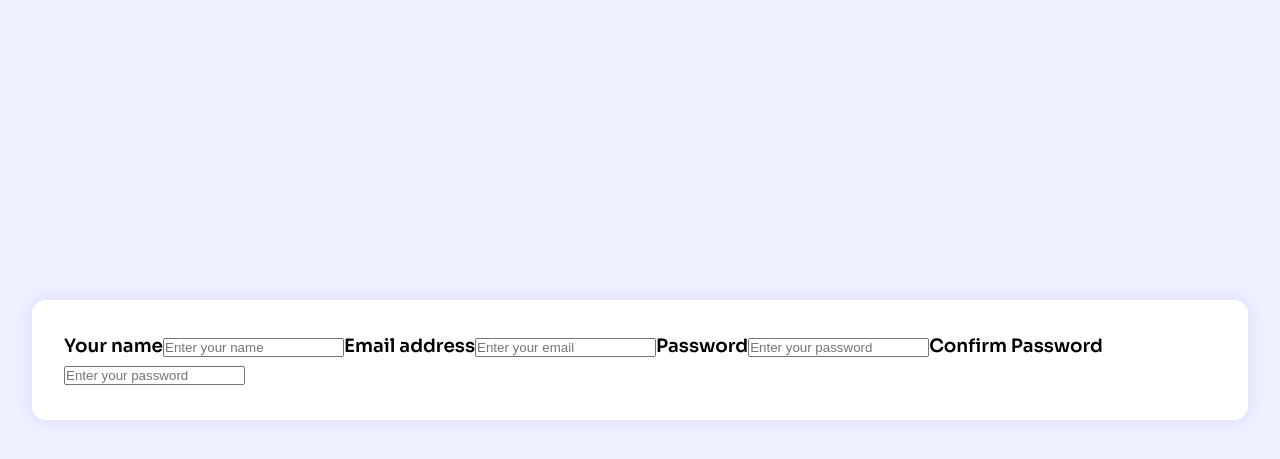
Repository: ducanhaep/react-form-formik-yup
Page: /
The author's editor kept a copy of each file at every save. The page is drawn from the files as they stood at one save, then again after the next save.
The browser window is 1280 px wide. The pictures show the whole page.
The project was rebuilt for these pictures with package versions that can differ from the ones it lists, and the page was loaded fresh each time. Also part of the build but not shown: src/components/signup.css.

Above is the page before, as saved 2022-03-22 13:18:08.

### public/index.html
<!DOCTYPE html>
<html lang="en">

<head>
  <meta charset="utf-8" />
  <link rel="icon" href="%PUBLIC_URL%/favicon.ico" />
  <meta name="viewport" content="width=device-width, initial-scale=1" />
  <meta name="theme-color" content="#000000" />
  <meta name="description" content="Web site created using create-react-app" />
  <link href="https://fonts.googleapis.com/css2?family=Sora:wght@600;700;800&display=swap" rel="stylesheet" />
  <link rel="apple-touch-icon" href="%PUBLIC_URL%/logo192.png" />
  <!--
      manifest.json provides metadata used when your web app is installed on a
      user's mobile device or desktop. See https://developers.google.com/web/fundamentals/web-app-manifest/
    -->
  <link rel="manifest" href="%PUBLIC_URL%/manifest.json" />
  <!--
      Notice the use of %PUBLIC_URL% in the tags above.
      It will be replaced with the URL of the `public` folder during the build.
      Only files inside the `public` folder can be referenced from the HTML.

      Unlike "/favicon.ico" or "favicon.ico", "%PUBLIC_URL%/favicon.ico" will
      work correctly both with client-side routing and a non-root public URL.
      Learn how to configure a non-root public URL by running `npm run build`.
    -->
  <title>React App</title>
</head>

<body>
  <noscript>You need to enable JavaScript to run this app.</noscript>
  <div id="root"></div>
  <!--
      This HTML file is a template.
      If you open it directly in the browser, you will see an empty page.

      You can add webfonts, meta tags, or analytics to this file.
      The build step will place the bundled scripts into the <body> tag.

      To begin the development, run `npm start` or `yarn start`.
      To create a production bundle, use `npm run build` or `yarn build`.
    -->
</body>

</html>

### src/App.js
import "./App.css";
import SignupForm from "./components/SignupForm";

function App() {
  return (
    <div className="App">
      <SignupForm></SignupForm>
    </div>
  );
}

export default App;

### src/App.css
*,
*::before,
*::after {
  box-sizing: border-box;
  padding: 0;
  margin: 0;
}
header {
  font-size: 1.5rem;
  color: rgb(119, 119, 252);
  font-weight: 700;
  text-align: center;
}
body {
  font-family: "Sora", sans-serif;
  display: flex;
  justify-content: center;
  align-items: center;
  min-height: 100vh;
  background-color: rgb(239, 240, 255);
  scroll-behavior: smooth;
  text-rendering: optimizeSpeed;
  line-height: 1.5;
  padding: 1rem 2rem 1rem 2rem;
  font-size: 1.15rem;
}
.App {
  background-color: white;
  padding: 2rem;
  min-width: 500px;
  border-radius: 14px;
  box-shadow: 0px 0px 14px 3px rgb(222, 224, 250);
}

### src/components/SignupForm.jsx
import { useState } from "react";
import "./signup.css";
const SignupForm = () => {
  const [email, setEmail] = useState("");
  const [name, setName] = useState("");
  const [phone, setPhone] = useState("");
  const [password, setPassword] = useState("");
  const [confirmPassword, setConfirmPassword] = useState("");
  return (
    <section>
      <form className="infoform">
        <label htmlFor="">Your name</label>
        <input
          type="text"
          id="name"
          placeholder="Enter your name"
          name="name"
        />

        <label htmlFor="">Email address</label>
        <input
          type="email"
          id="email"
          placeholder="Enter your email"
          name="email"
        />

        <label htmlFor="">Password</label>
        <input
          type="text"
          id="password"
          placeholder="Enter your password"
          name="password"
        />

        <label htmlFor="">Confirm Password</label>
        <input
          type="text"
          id="confirmedpassword"
          placeholder="Enter your password"
          name="confirmedpassword"
        />
      </form>
    </section>
  );
};
export default SignupForm;

Loaded but not shown: src/index.js (common file)

After the next save:
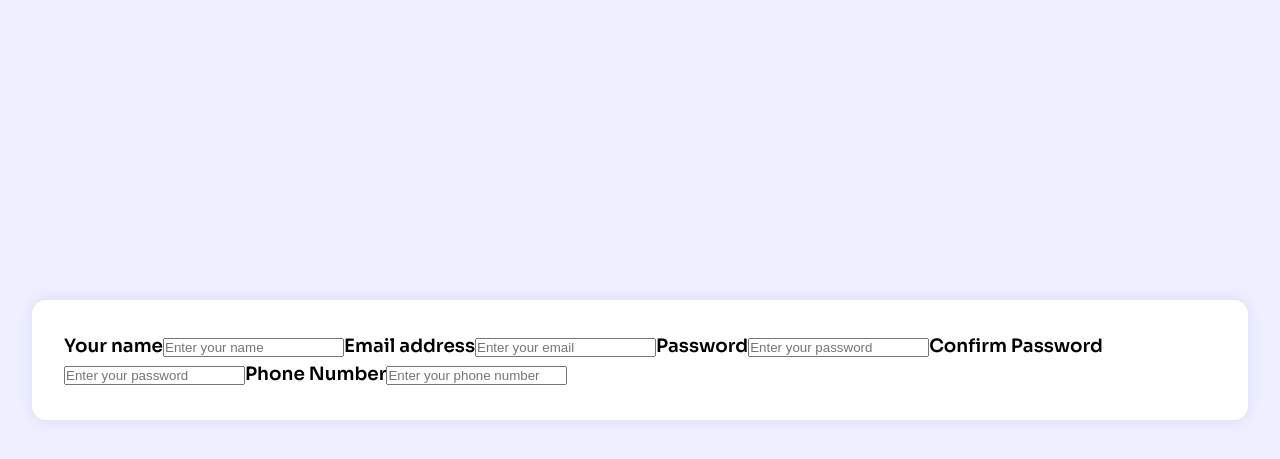
Saved 41 s later.
--- a/src/components/SignupForm.jsx
+++ b/src/components/SignupForm.jsx
@@ -40,6 +40,14 @@ const SignupForm = () => {
           placeholder="Enter your password"
           name="confirmedpassword"
         />
+
+        <label htmlFor="">Phone Number</label>
+        <input
+          type="text"
+          id="phone"
+          placeholder="Enter your phone number"
+          name="phone"
+        />
       </form>
     </section>
   );
